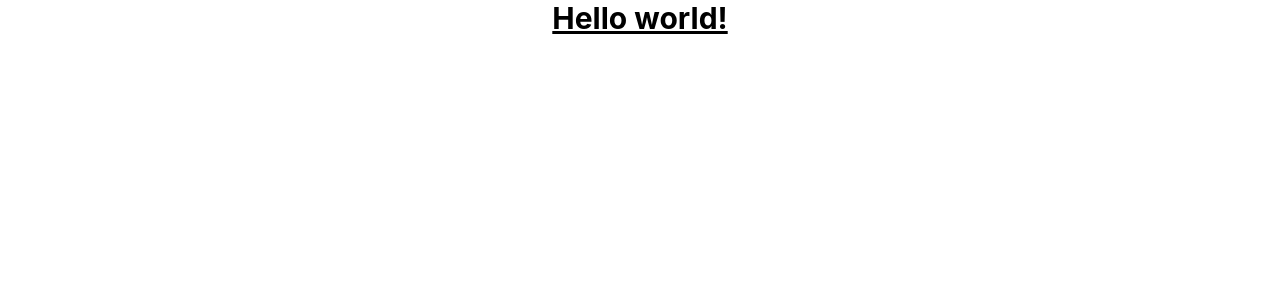
Repository: isabelleoktay/sibelle-website
Page: / (app in front-end/)
The author's editor kept a copy of each file at every save. The page is drawn from the files as they stood at one save, then again after the next save.
The browser window is 1280 px wide. The pictures show the whole page.
The project was rebuilt for these pictures with package versions that can differ from the ones it lists, and the page was loaded fresh each time.

Above is the page before, as saved 2022-11-30 14:36:56.

After the next save:
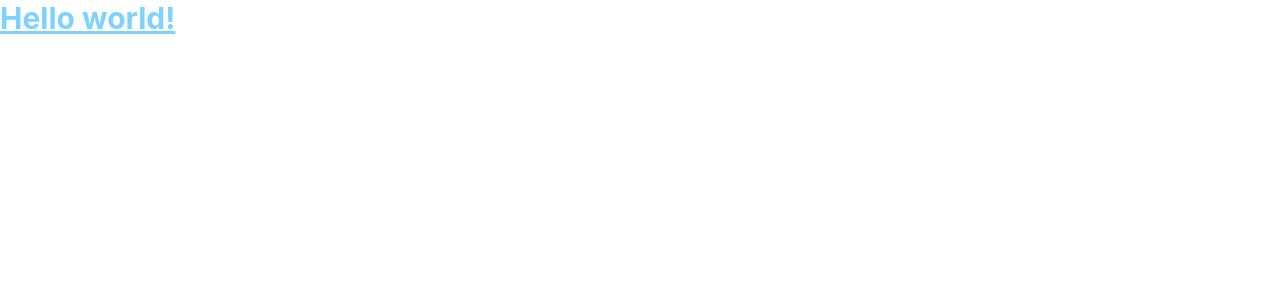
Saved 55 s later.
--- a/front-end/src/App.js
+++ b/front-end/src/App.js
@@ -2,8 +2,8 @@ import './App.css';
 
 function App() {
   return (
-    <div className="App">
-      <h1 className="text-3xl font-bold underline">
+    <div>
+      <h1 className="text-3xl text-sky-300 font-bold underline">
       Hello world!
     </h1>
     </div>
